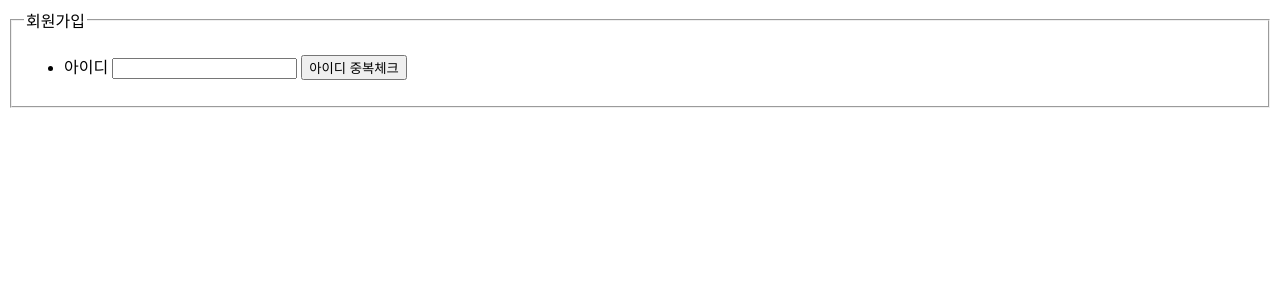
Repository: coolSummer1119/study
Page: workspace/ch03_Jsp/src/main/webapp/ch13_ajax/member.html
The author's editor kept a copy of each file at every save. The page is drawn from the files as they stood at one save, then again after the next save.
The browser window is 1280 px wide. The pictures show the whole page.

Above is the page before, as saved 2024-04-26 05:44:21.

### workspace/ch03_Jsp/src/main/webapp/ch13_ajax/member.html
<!DOCTYPE html>
<html>
<head>
<meta charset="UTF-8">
<title>아이디 중복 체크</title>
<script type="text/javascript" src="../js/jquery-3.7.1.min.js"></script>
<script type="text/javascript">

</script>
</head>
<body>
<form id="insert_form" action="register.jsp" method="post">
	<fieldset>
		<legend>회원가입</legend>
		<ul>
			<li>
				<label for="id">아이디</label>
				<input type="text" id="id" name="id">
				<input type="button" id="confirmId" value="아이디 중복체크">
				<span id="id_signed"></span>
			</li>
		</ul>
	</fieldset>
</form>
</body>
</html>

Loaded but not shown: workspace/ch03_Jsp/src/main/webapp/js/jquery-3.7.1.min.js (library)

After the next save:
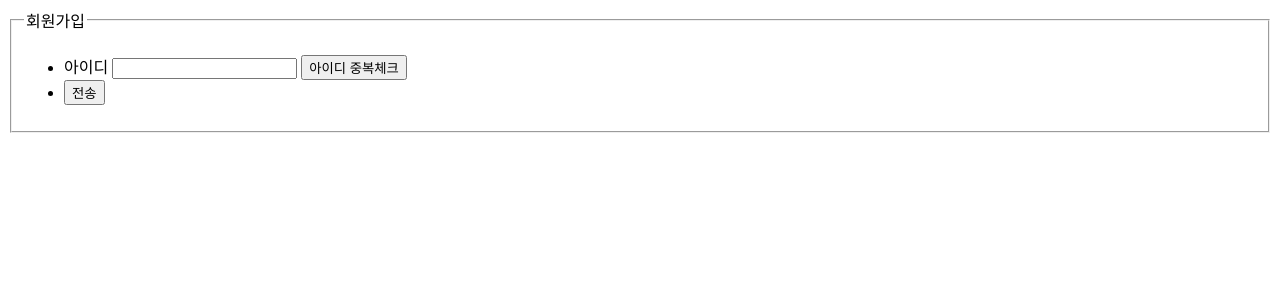
Saved 56 s later.
--- a/workspace/ch03_Jsp/src/main/webapp/ch13_ajax/member.html
+++ b/workspace/ch03_Jsp/src/main/webapp/ch13_ajax/member.html
@@ -19,6 +19,10 @@
 				<input type="button" id="confirmId" value="아이디 중복체크">
 				<span id="id_signed"></span>
 			</li>
+			<li>
+				<input type="submit" value="전송">
+			</li>
+
 		</ul>
 	</fieldset>
 </form>
